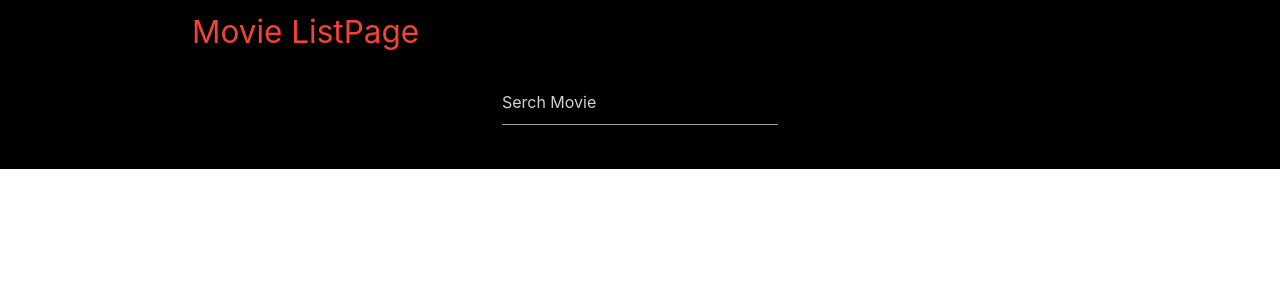
Repository: Reiya-1003/React-Ts-Node-App
Page: /
These files come from the project's save history. The page is drawn as it stood at one moment and after the next save; the edit follows.
The browser window is 1280 px wide. The pictures show the whole page.
The page's requests for data from a server got no answer. The project was rebuilt for these pictures with package versions that can differ from the ones it lists, and the page was loaded fresh each time. A package was used in the major version that the imports need, not the one package.json lists. No one was signed in, and anything a server would have sent is missing. Also part of the build but not shown: src/Styles.module.css, src/components/Detail.tsx.

Above is the page before, as saved 2021-11-18 11:31:57.

After the next save:
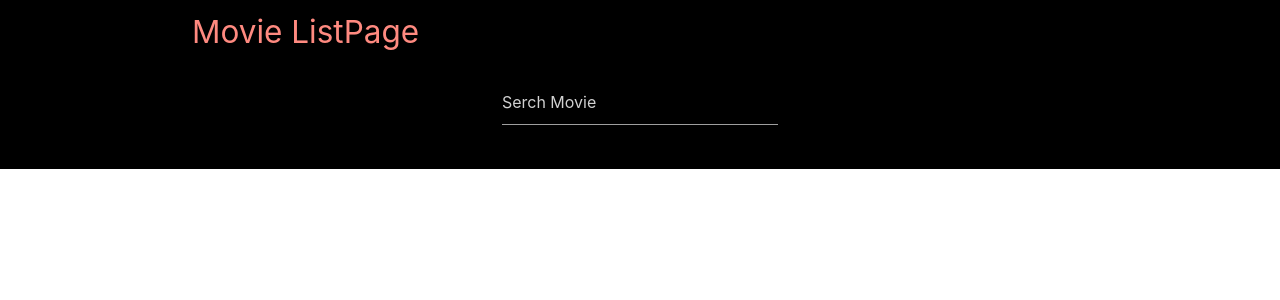
Saved 4 s later.
--- a/src/components/Nav.tsx
+++ b/src/components/Nav.tsx
@@ -5,7 +5,7 @@ const Nav = () => {
     <nav className="black">
       <div className=".nav-wrapper container">
         <a href="" className="brand-logo ">
-          <div className="red-text text- accent-1">Movie ListPage</div>
+          <div className="red-text text-accent-1">Movie ListPage</div>
         </a>
       </div>
     </nav>
